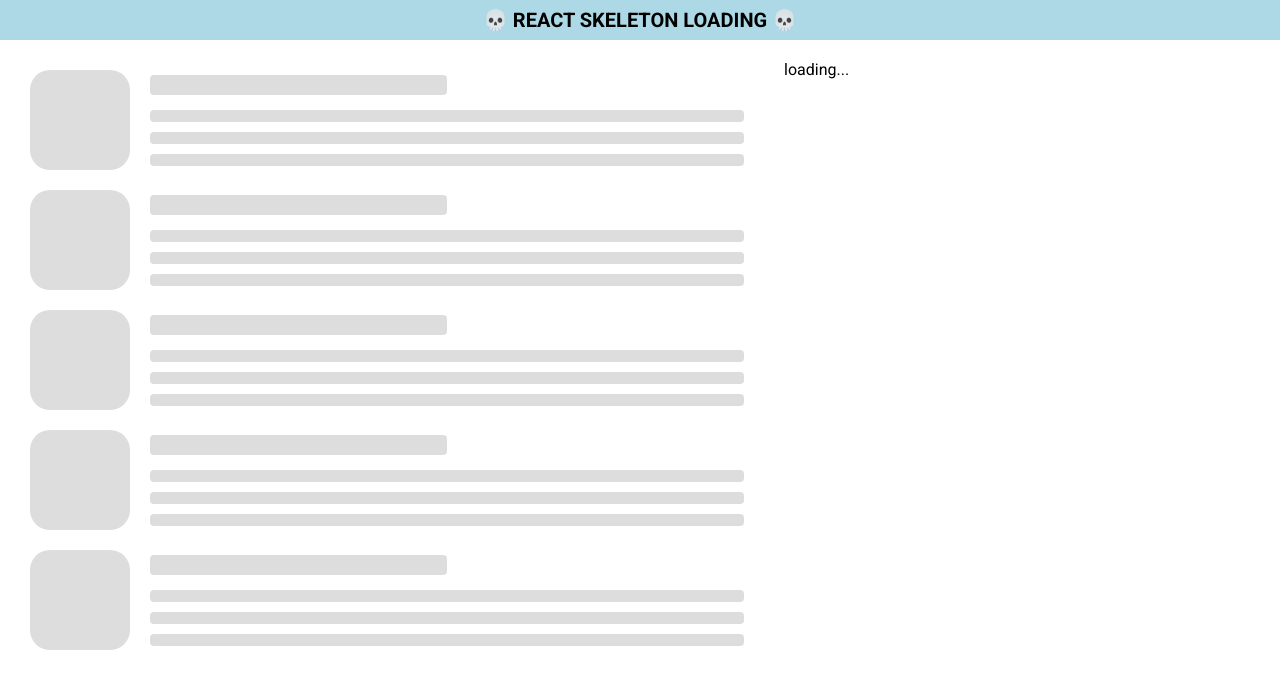
Repository: ethanJones21/React-Skeleton-Loading
Page: /
The author's editor kept a copy of each file at every save. The page is drawn from the files as they stood at one save, then again after the next save.
The browser window is 1280 px wide. The pictures show the whole page.
The page's requests for data from a server got no answer. The project was rebuilt for these pictures with package versions that can differ from the ones it lists, and the page was loaded fresh each time. No one was signed in, and anything a server would have sent is missing. Also part of the build but not shown: src/components/Post.css, src/components/Post.js.

Above is the page before, as saved 2020-11-26 03:22:11.

### public/index.html
<!DOCTYPE html>
<html lang="en">
  <head>
    <meta charset="utf-8" />
    <link rel="icon" href="%PUBLIC_URL%/favicon.ico" />
    <meta name="viewport" content="width=device-width, initial-scale=1" />
    <meta name="theme-color" content="#000000" />
    <meta name="description" content="React skeleton loading" />
    <link rel="preconnect" href="https://fonts.gstatic.com" />
    <link
      href="https://fonts.googleapis.com/css2?family=Roboto:wght@100;300;400;500;700;900&display=swap"
      rel="stylesheet"
    />
    <title>React Skeleton</title>
  </head>
  <body>
    <noscript>You need to enable JavaScript to run this app.</noscript>
    <div id="root"></div>
  </body>
</html>

### src/App.js
import './App.css';
import Header from './components/Header';
import Posts from './components/Posts';
import User from './components/User';

function App() {
  return (
    <div className="app">
      <Header/>

      <div className="appContainer">
        <Posts/>
        <User/>
      </div>
    </div>
  );
}

export default App;

### src/App.css
*{
    margin: 0;
    font-family: 'Roboto', sans-serif;
}
.appContainer{
    display: flex;
    padding: 20px;
    align-items: start;
}

### src/components/Header.js
import React from 'react';
import "./Header.css"

const Header = () => {
    return (
        <div className="header">
            <span>💀 REACT SKELETON LOADING 💀 </span>
        </div>
    );
};

export default Header;

### src/components/Posts.js
import React, { useEffect, useState } from "react";
import Post from "./Post";
import "./Posts.css";
import { photos } from "../photos";
import PostSkeleton from "../skeleton/PostSkeleton";

const Posts = () => {
  const [postArray, setPostArray] = useState([]);

  useEffect(() => {
    setTimeout(() => {
      const fetchPosts = async () => {
        const res = await fetch("https://jsonplaceholder.typicode.com/posts");
        const data = await res.json();
        setPostArray(data.slice(0, 10));
      };
      fetchPosts();
    }, 5000);
  }, []);

  return (
    <div className="posts">
      {postArray.length > 0
        ? postArray.map((post) => (
            <Post
              key={post.id}
              post={{ ...post, photo: photos[post.id - 1] }}
            />
          ))
        : [1, 2, 3, 4, 5].map((item) => <PostSkeleton />)}
    </div>
  );
};

export default Posts;

### src/components/User.js
import React, { useState, useEffect } from "react";
import "./User.css";
import {photos} from "../photos"

const User = () => {
  const [user, setUser] = useState(null);

  useEffect(() => {
    setTimeout(() => {
      const fetchUser = async () => {
        const res = await fetch("https://jsonplaceholder.typicode.com/users");
        const data = await res.json();
        setUser(data[0]);
      };
      fetchUser();
    }, 1000);
  }, []);

  return (
    <div className="user">
      {user !== null ? (
        <>
          <div className="userPhoto">
            <img
              className="userPhotoImg"
              src={photos[9]}
              alt="avatar"
            />
          </div>
          <div className="userInfo">
            <span className="userInfoText">
              <b>{user.name}</b>
            </span>
            <span className="userInfoText">{user.email}</span>
            <span className="userInfoText">{user.address.street}</span>
          </div>
          <button className="writeButton">Write a Story</button>
        </>
      ) : (
        <span>loading...</span>
      )}
    </div>
  );
};

export default User;

### src/components/Header.css
.header{
    display: flex;
    align-items: center;
    justify-content: center;
    height: 40px;
    width: 100%;
    background-color: lightblue;
    font-weight: 600;
    font-size: 20px;
}

### src/components/Posts.css
.posts{
    flex: 0.6;
    padding-right: 50px;
}

### src/photos.js
export const photos = [
  "https://images.pexels.com/photos/789296/pexels-photo-789296.jpeg?auto=compress&cs=tinysrgb&dpr=2&w=500",
  "https://images.pexels.com/photos/3772771/pexels-photo-3772771.jpeg?auto=compress&cs=tinysrgb&dpr=2&w=500",
  "https://images.pexels.com/photos/3059745/pexels-photo-3059745.jpeg?auto=compress&cs=tinysrgb&dpr=2&w=500",
  "https://images.pexels.com/photos/2896840/pexels-photo-2896840.jpeg?auto=compress&cs=tinysrgb&dpr=2&w=500",
  "https://images.pexels.com/photos/3155588/pexels-photo-3155588.jpeg?auto=compress&cs=tinysrgb&dpr=2&w=500",
  "https://images.pexels.com/photos/936019/pexels-photo-936019.jpeg?auto=compress&cs=tinysrgb&dpr=2&w=500",
  "https://images.pexels.com/photos/1071162/pexels-photo-1071162.jpeg?auto=compress&cs=tinysrgb&dpr=2&w=500",
  "https://images.pexels.com/photos/3147528/pexels-photo-3147528.jpeg?auto=compress&cs=tinysrgb&dpr=2&w=500",
  "https://images.pexels.com/photos/3541389/pexels-photo-3541389.jpeg?auto=compress&cs=tinysrgb&dpr=2&w=500",
  "https://images.pexels.com/photos/1680172/pexels-photo-1680172.jpeg?auto=compress&cs=tinysrgb&dpr=2&w=500",
];

### src/skeleton/PostSkeleton.js
import React from "react";
import "./PostSkeleton.css";
import Skeleton from "./Skeleton";

const PostSkeleton = () => {
  return (
    <div className="postSkeleton">
      <Skeleton type="avatar" />
      <div className="postSkeletonRight">
        <Skeleton type="title" />
        <Skeleton type="text" />
        <Skeleton type="text" />
        <Skeleton type="text" />
      </div>
    </div>
  );
};

export default PostSkeleton;

### src/components/User.css
.user {
  flex: 0.4;
  display: flex;
  align-items: center;
}

.userPhotoImg {
  width: 60px;
  height: 60px;
  border-radius: 50%;
  margin-right: 20px;
  object-fit: cover;
}

.userInfo{
    display: flex;
    flex-direction: column;
}

.writeButton{
    padding: 10px;
    border: none;
    margin-left: 20px;
    border-radius: 10px;
    cursor: pointer;
}

.writeButton:focus{
    outline: none;
}

### src/skeleton/PostSkeleton.css
.postSkeleton {
  display: flex;
  align-items: center;
}

.postSkeletonRight{
    width: 100%;
}

### src/skeleton/Skeleton.js
import React from "react";
import "./Skeleton.css"

const Skeleton = ({ type }) => {
  return <div className={`skeleton ${type}`}></div>;
};

export default Skeleton;

### src/skeleton/Skeleton.css
.skeleton {
  background: #ddd;
  overflow: hidden;
  margin: 10px;
  border-radius: 4px;
}

.skeleton.text {
  width: 100%;
  height: 12px;
}

.skeleton.title {
  width: 50%;
  height: 20px;
  margin-bottom: 15px;
}

.skeleton.avatar {
  width: 120px;
  height: 100px;
  border-radius: 20%;
}

.skeleton.userAvatar {
  width: 100px;
  height: 100px;
  border-radius: 50%;
}

### src/skeleton/UserSkeleton.js
import React from "react";
import Skeleton from "./Skeleton";

const UserSkeleton = () => {
  return (
    <div className="postSkeleton">
      <Skeleton type="userAvatar" />
      <div className="postSkeletonRight">
        <Skeleton type="title" />
        <Skeleton type="text" />
        <Skeleton type="text" />
      </div>
    </div>
  );
};

export default UserSkeleton;

Loaded but not shown: src/index.js (common file)

After the next save:
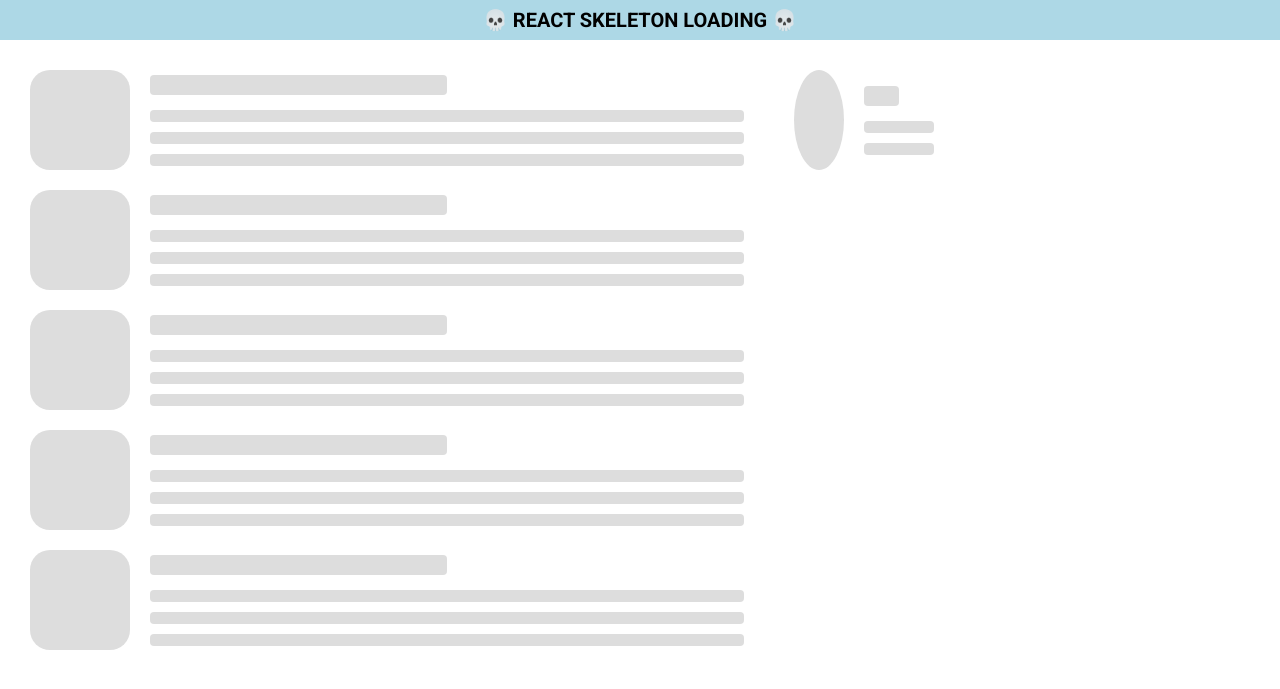
Saved 18 s later.
--- a/src/components/User.js
+++ b/src/components/User.js
@@ -1,6 +1,7 @@
 import React, { useState, useEffect } from "react";
 import "./User.css";
-import {photos} from "../photos"
+import { photos } from "../photos";
+import UserSkeleton from "../skeleton/UserSkeleton";
 
 const User = () => {
   const [user, setUser] = useState(null);
@@ -21,11 +22,7 @@ const User = () => {
       {user !== null ? (
         <>
           <div className="userPhoto">
-            <img
-              className="userPhotoImg"
-              src={photos[9]}
-              alt="avatar"
-            />
+            <img className="userPhotoImg" src={photos[9]} alt="avatar" />
           </div>
           <div className="userInfo">
             <span className="userInfoText">
@@ -37,7 +34,7 @@ const User = () => {
           <button className="writeButton">Write a Story</button>
         </>
       ) : (
-        <span>loading...</span>
+        <UserSkeleton />
       )}
     </div>
   );
